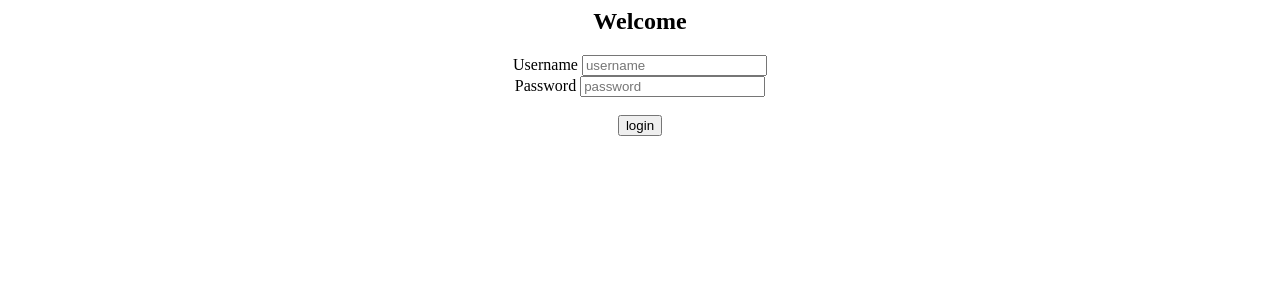
Repository: OrusuRatnamala/JAVA
Page: http://localhost/TrainWeb/create
These files come from the project's save history. The page is drawn as it stood at one moment and after the next save; the edit follows.
The browser window is 1280 px wide. The pictures show the whole page.
The page is served by Tomcat 9. Other server files are loaded and not shown.

Above is the page before, as saved 2023-10-11 21:45:28.

### springdao/TrainWeb/src/main/webapp/WEB-INF/pages/create.jsp
<html>
<body align="center">
	<form action="login">
		<h2>Welcome</h2>
		Username <input type="text" name="username" required="true"
			placeholder="username" /><br> Password <input type="password"
			name="password" required="true" placeholder="password" /><br>
		<br> <input type="submit" value="login" />
	</form>
</body>
</html>

After the next save:
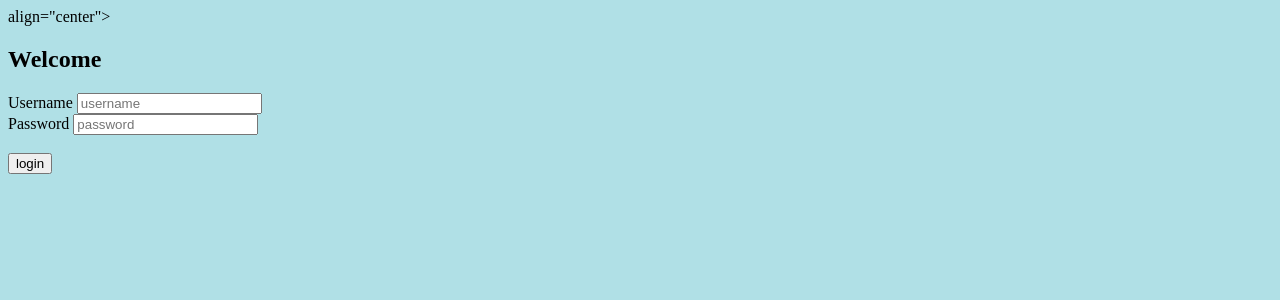
Saved 20 min 33 s later.
--- a/springdao/TrainWeb/src/main/webapp/WEB-INF/pages/create.jsp
+++ b/springdao/TrainWeb/src/main/webapp/WEB-INF/pages/create.jsp
@@ -1,11 +1,12 @@
 <html>
-<body align="center">
+<body style="background-color: powderblue;">
+	align="center">
 	<form action="login">
 		<h2>Welcome</h2>
 		Username <input type="text" name="username" required="true"
 			placeholder="username" /><br> Password <input type="password"
-			name="password" required="true" placeholder="password" /><br>
-		<br> <input type="submit" value="login" />
+			name="password" required="true" placeholder="password" /><br> <br>
+		<input type="submit" value="login" />
 	</form>
 </body>
 </html>
